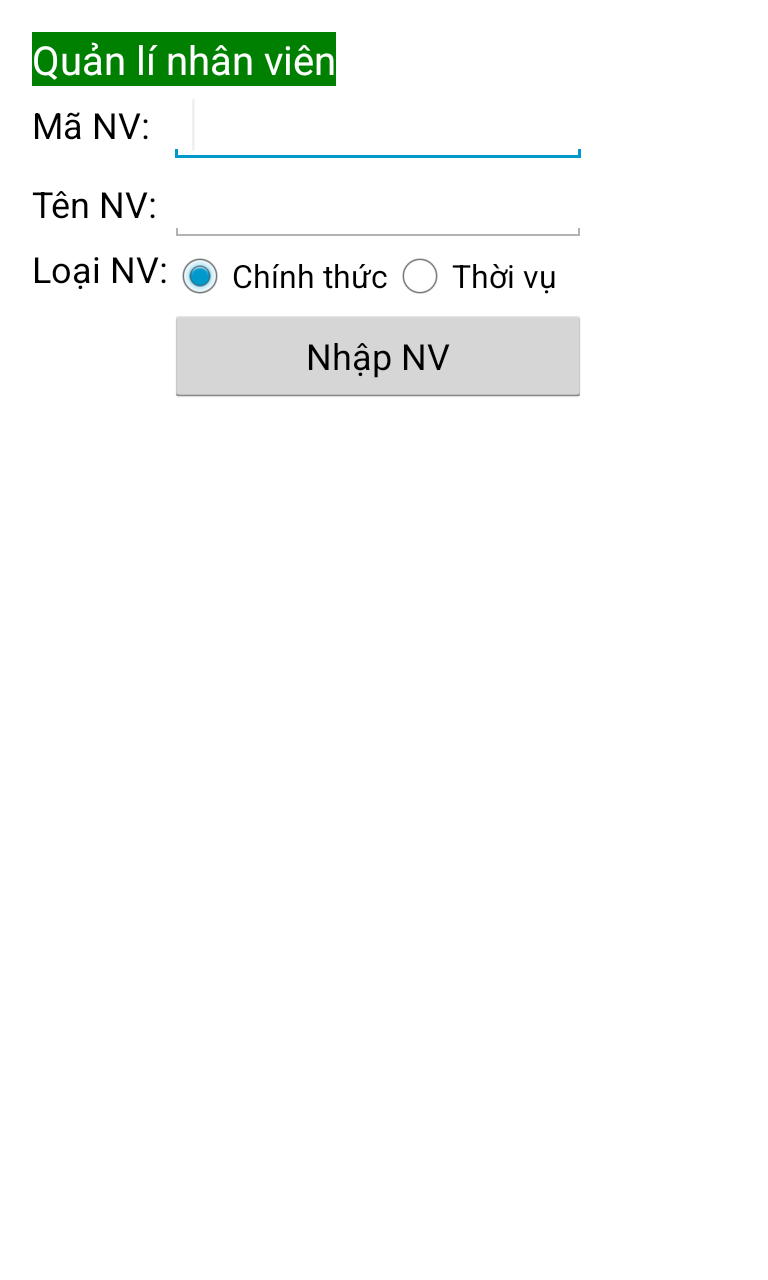
Repository: huynhnhatha/Android
Layout: Bai13/Truong_hop_4/res/layout/activity_main.xml
These files come from the project's save history. The layout is drawn as it stood at one moment and after the next save; the edit follows.
It is drawn on a 768 x 1280 px phone screen (xhdpi) without system bars, with theme AppTheme; the app's code is not run. Lists and similar views that code fills are empty.

Above is the layout before, as saved 2017-05-17 08:58:48.

After the next save:
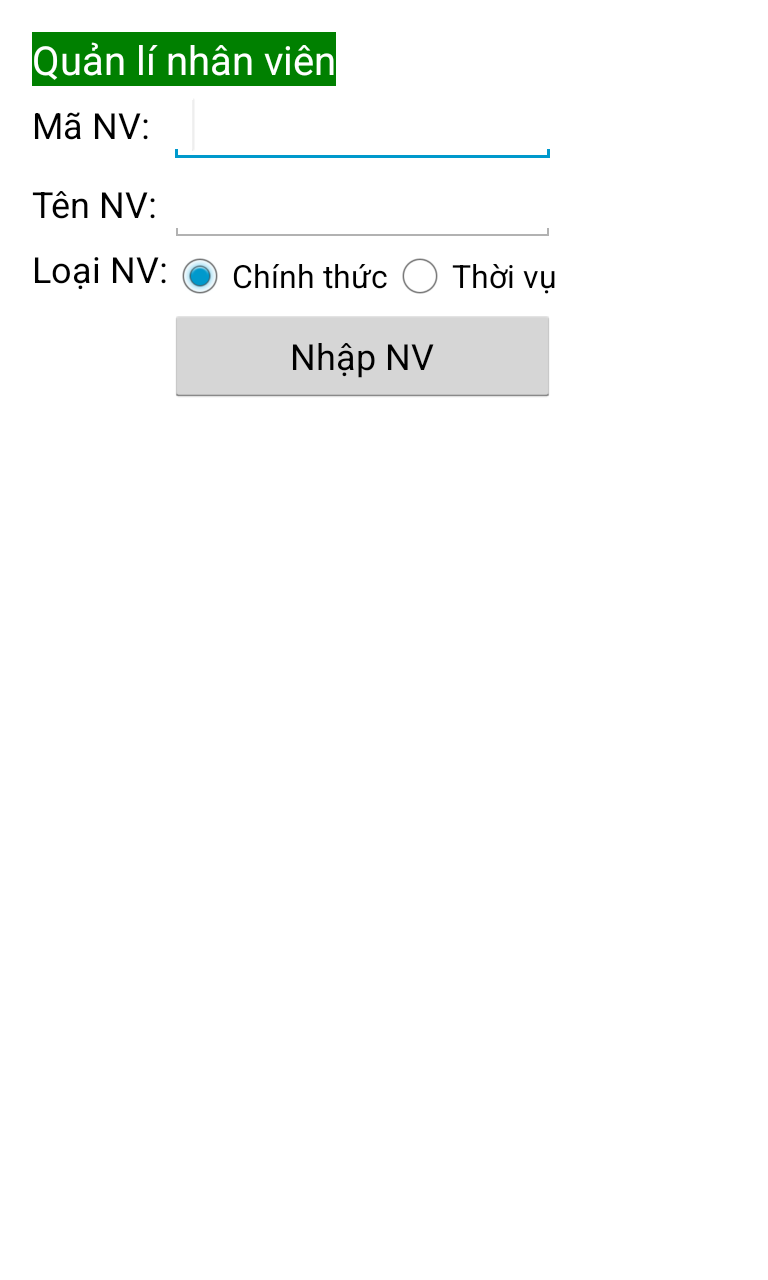
Saved 20 s later.
--- a/Bai13/Truong_hop_4/res/layout/activity_main.xml
+++ b/Bai13/Truong_hop_4/res/layout/activity_main.xml
@@ -40,6 +40,7 @@
                 android:id="@+id/editMa"
                 android:layout_width="wrap_content"
                 android:layout_height="wrap_content"
+                android:layout_span="2"
                 android:ems="10" >
 
                 <requestFocus />
